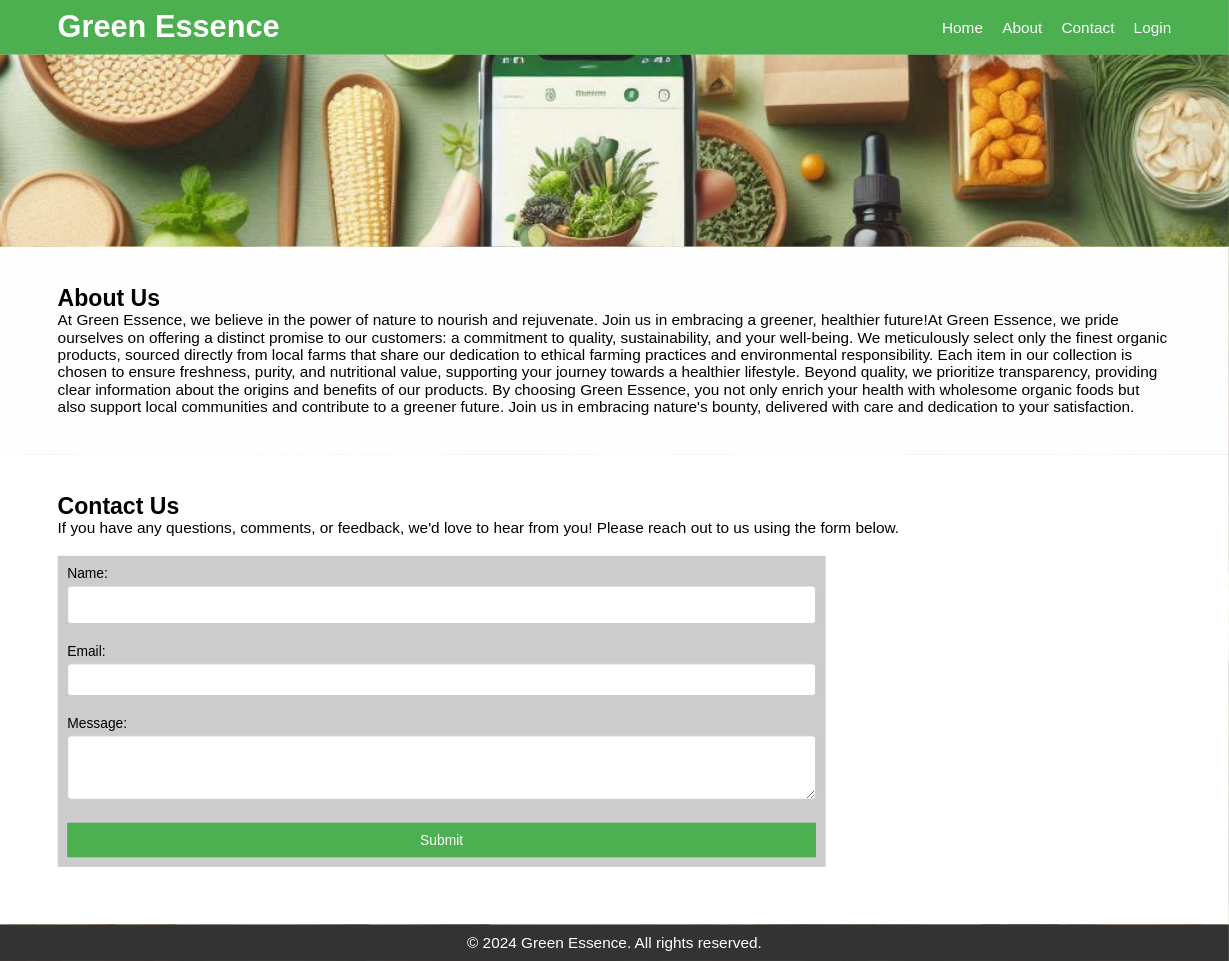
Repository: niki3210/Sahyadri
Page: Projectorganic/index.html
An editor plug-in stored every save of this project. The page is shown before and after the next save, followed by the edit.
The browser window is 1280 px wide. The pictures show the whole page, at 96% of full size.
Backgrounds fixed to the window are drawn as part of the page.

Above is the page before, as saved 2024-06-21 18:44:20.

### Projectorganic/index.html
<!DOCTYPE html>
<html lang="en">
<head>
    <meta charset="UTF-8">
    <meta name="viewport" content="width=device-width, initial-scale=1.0">
    <title>Green Essence - Organic Food Products</title>
    <link rel="stylesheet" href="styles.css">

</head>
<body>
    <header>
        <div class="container">
            <h1>Green Essence</h1>
            <nav>
                <ul>
                    <li><a href="#home">Home</a></li>
                    <li><a href="#about">About</a></li>
                    <li><a href="#contact">Contact</a></li>
                    <li><a href="login.html">Login</a></li>

                </ul>
            </nav>
        </div>
    </header>

    <section id="home">
        <div class="container">




        </div>
    </section>

    <section id="about">
        <div class="container">
            <h2>About Us</h2>
            <p>At Green Essence, we believe in the power of nature to nourish and rejuvenate. Join us in embracing a greener, healthier
                future!At Green Essence, we pride ourselves on offering a distinct promise to our customers: a commitment to quality,
                sustainability, and your well-being. We meticulously select only the finest organic products, sourced directly from
                local farms that share our dedication to ethical farming practices and environmental responsibility. Each item in
                our collection is chosen to ensure freshness, purity, and nutritional value, supporting your journey towards a
                healthier lifestyle. Beyond quality, we prioritize transparency, providing clear information about the origins and
                benefits of our products. By choosing Green Essence, you not only enrich your health with wholesome organic foods
                but also support local communities and contribute to a greener future. Join us in embracing nature's bounty,
                delivered with care and dedication to your satisfaction.</p>
        </div>
    </section>

    <section id="contact">
        <div class="container">
            <h2>Contact Us</h2>
            <p>If you have any questions, comments, or feedback, we'd love to hear from you! Please reach out to us using the form below.</p>
            <div class="contact-form">
                <form action="/submit_contact" method="POST">
                    <label for="name">Name:</label>
                    <input type="text" id="name" name="name" required>
                    <div class="error" id="name-error"></div>

                    <label for="email">Email:</label>
                    <input type="email" id="contact-email" name="email" required>
                    <div class="error" id="contact-email-error"></div>

                    <label for="message">Message:</label>
                    <textarea id="message" name="message" rows="3" required></textarea>
                    <div class="error" id="message-error"></div>

                    <button type="submit">Submit</button>
                </form>
            </div>
        </div>
    </section>




<footer>
<div class="container">
    <p>&copy; 2024 Green Essence. All rights reserved.</p>
</div>


</body>
</html>

### Projectorganic/styles.css
/* Combined CSS for Home, Login, and Register Pages */

/* Reset default browser styles */
* {
    box-sizing: border-box;
    margin: 0;
    padding: 0;
}

/* Global styles */
body {
    font-family: Arial, sans-serif;
    color: black;
    margin: 0;
    padding: 0;
    box-sizing: border-box;
    min-height: 100vh; /* Ensure body extends to at least the full height of the viewport */
    display: flex;
    flex-direction: column; /* Use flexbox to make sure footer stays at the bottom */
}

/* Header styles */
header {
    background-color: #4CAF50;
    color: white;
    padding: 10px 0;
}

header .container {
    display: flex;
    justify-content: space-between;
    align-items: center;
    max-width: 1200px;
    margin: 0 auto;
    padding: 0 20px;
}

header h1 {
    margin: 0;
}

header nav ul {
    list-style: none;
    margin: 0;
    padding: 0;
    display: flex;
}

header nav ul li {
    margin-left: 20px;
}

header nav ul li a {
    color: white;
    text-decoration: none;
}

header nav ul li a:hover {
    text-decoration: underline;
}

/* Home Page Styles */
#home {
    background-image: url('backgroundhome.jpeg');
    background-size: cover;
    background-repeat: no-repeat;
    background-position: center;
    background-attachment: fixed;
    color: white;
    text-align: center;
    padding: 100px 20px;
}

section {
    padding: 60px 0;
}

.container {
    max-width: 1200px;
    margin: 0 auto;
    padding: 0 20px;
}

/* About Section */
#about {
    background-color: #fffefe;
    padding: 40px 0;
}

/* Contact Form Styles */
#contact {
    background-color: #ffffff;
    padding: 40px 0;
}
.contact-container {
    margin: 0 auto;
    padding: 15px;
    background-color: rgb(255, 255, 255);
    border-radius: 3px;
    box-shadow: 0 0 10px rgba(0, 0, 0, 0.1);
    flex: 1; /* Use flex: 1 to push footer to the bottom */
    margin-top: 30px;
    margin-bottom: 60px;
    padding: 10px;
}
form {
    max-width: 800px;
    margin: 20px 0 0 0;
    padding: 10px;
    margin-bottom: 20px;
    border-color: #4CAF50;
    background-color: #ccc;
    border-color: #000000;
}
label {
    display: block;
    margin-bottom: 5px;
}

input[type="text"],
input[type="email"],
textarea {
    width: 100%;
    padding: 10px;
    margin-bottom: 10px;
    border: 1px solid #ccc;
    border-radius: 4px;
    font-size: 1em;
}

button[type="submit"] {
    background-color: #4CAF50;
    color: white;
    border: none;
    padding: 10px 20px;
    cursor: pointer;

}

button[type="submit"]:hover {
    background-color: #45a049;
}

/* Login/Register Styles */
.login-container,
.register-container {
    max-width: 320px;
    margin: 0 auto;
    padding: 15px;
    background-color: rgb(255, 255, 255);
    border-radius: 3px;
    box-shadow: 0 0 10px rgba(0, 0, 0, 0.1);
    flex: 1; /* Use flex: 1 to push footer to the bottom */
    margin-top: 30px;
    margin-bottom: 60px;
    padding: 20px;
}

body {
    font-family: Arial, sans-serif;
    background-image: url('backgroundhome.jpeg');
    background-size: cover;
    color: black;
}

.login-form, .register-form {
    padding: 15px;
    margin-bottom: 30px;
}

.login-form h2, .register-form h2 {
    text-align: center;
    margin-bottom: 15px;
    font-size: 1.5em;
}

label {
    display: block;
    margin-bottom: 5px;
    font-size: 0.9em;
}

input[type="email"],
input[type="password"] {
    width: 100%;
    padding: 8px;
    margin-bottom: 10px;
    border: 1px solid #ccc;
    border-radius: 4px;
    font-size: 0.9em;
}

.error {
    color: red;
    font-size: 0.8em;
    margin-bottom: 10px;
}

button {
    background-color: #4CAF50;
    color: white;
    border: none;
    padding: 8px 15px;
    cursor: pointer;
    transition: background-color 0.3s ease;
    width: 100%;
    font-size: 0.9em;
}

button:hover {
    background-color: #45a049;
}

/* Footer Styles */
footer {
    background-color: #333;
    color: white;
    text-align: center;
    padding: 10px 0;
    width: 100%;

}

footer a {
    color: white;
    margin: 0 10px;
    text-decoration: none;
}

footer a:hover {
    text-decoration: underline;
}

/* Pop-up Styles */
.popup {
    display: none;
    position: fixed;
    top: 20px; /* Position the pop-up near the top of the page */
    left: 50%;
    transform: translateX(-50%);
    background-color: white;
    box-shadow: 0 0 10px rgba(0, 0, 0, 0.1);
    border-radius: 8px;
    z-index: 1000;
    width: 90%; /* Make it full width with some margin */
    max-width: 320px;
    padding: 10px 20px;
}

.popup-content {
    text-align: center;
}

.popup .close {
    position: absolute;
    top: 10px;
    right: 10px;
    cursor: pointer;
    font-size: 1.5em;
}

/* Dashboard Styles */
/* Dashboard Styles */
.dashboard-main {
    flex: 1;
    padding: 20px;
}

.dashboard-section {
    background-color: #ffffff;
    padding: 20px;
    margin-bottom: 20px;
    box-shadow: 0 0 10px rgba(0, 0, 0, 0.1);
    border-radius: 8px;
    transition: transform 0.3s ease, box-shadow 0.3s ease;
}

.dashboard-section:hover {
    transform: translateY(-5px); /* Lift section on hover */
    box-shadow: 0 5px 15px rgba(0, 0, 0, 0.2); /* Add a subtle lift effect */
}

.dashboard-section h2 {
    margin-bottom: 10px;
    color: #4CAF50;
}

.sales-table {
    overflow-x: auto;
    animation: slideIn 0.5s ease; /* Slide in animation for the table */
}

.sales-table table {
    width: 100%;
    border-collapse: collapse;
}

.sales-table th, .sales-table td {
    border: 1px solid #6dfb07;
    padding: 12px; /* Increase padding for better readability */
    text-align: left;
}

.sales-table th {
    background-color: #d1f3d0d0;
    color: #4CAF50; /* Green theme color for table headers */
    text-transform: uppercase;
}

.sales-table tr:nth-child(even) {
    background-color: #f9f9f9;
}

.sales-table tr:hover {
    background-color: #f2f2f2;
}

After the next save:
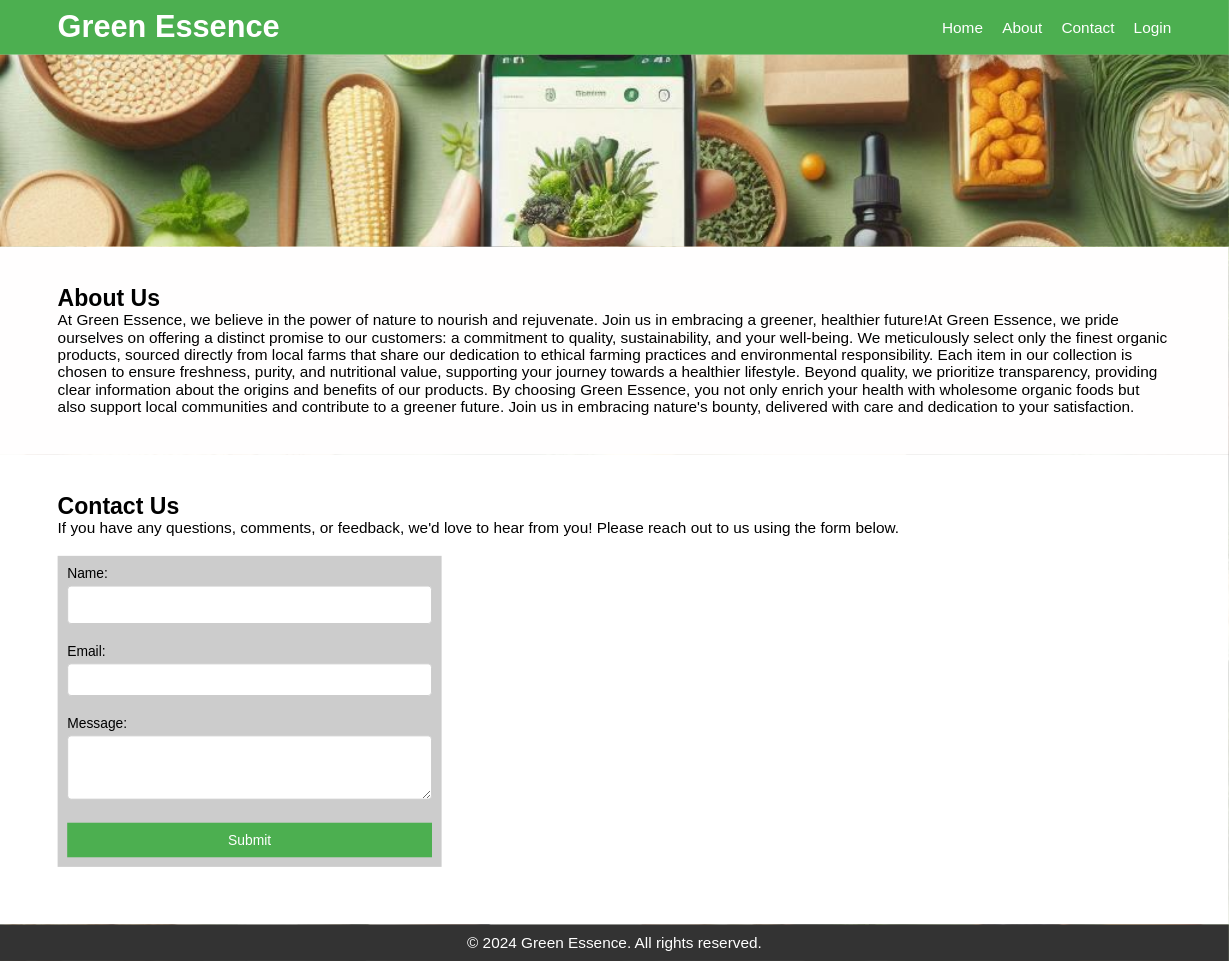
Saved 8 s later.
--- a/Projectorganic/styles.css
+++ b/Projectorganic/styles.css
@@ -104,7 +104,7 @@ section {
     padding: 10px;
 }
 form {
-    max-width: 800px;
+    max-width: 400px;
     margin: 20px 0 0 0;
     padding: 10px;
     margin-bottom: 20px;
